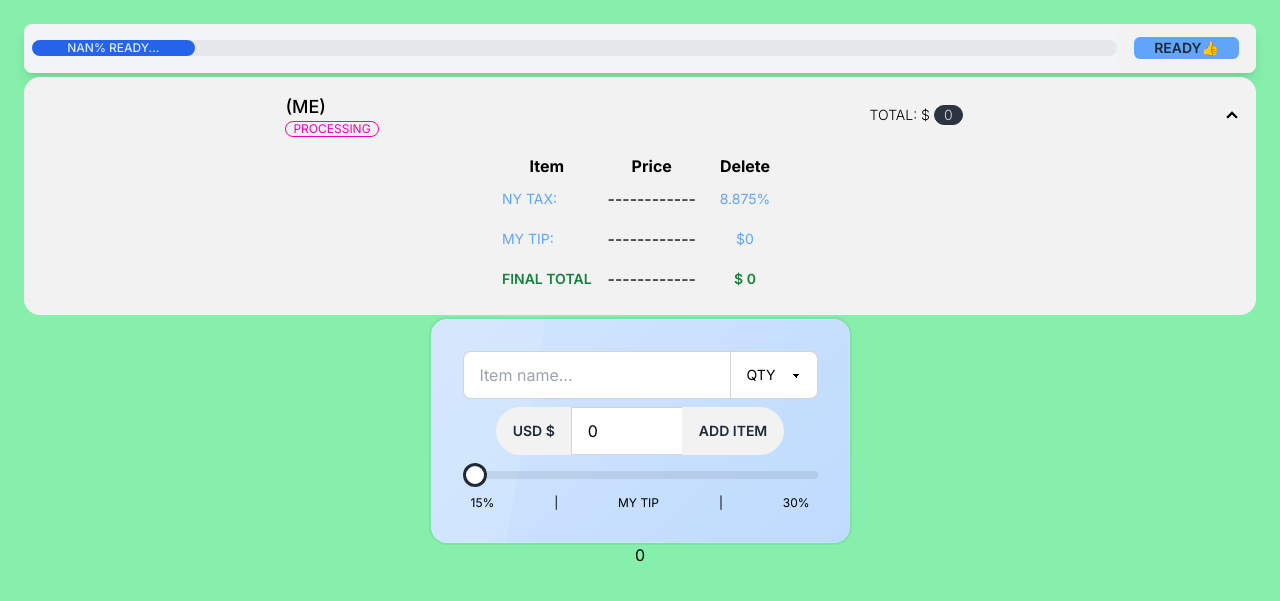
Repository: bitepay/bitepay-xyz
Page: /table
The author's editor kept a copy of each file at every save. The page is drawn from the files as they stood at one save, then again after the next save.
The browser window is 1280 px wide. The pictures show the whole page.
The page's requests for data from a server got no answer. The project was rebuilt for these pictures with package versions that can differ from the ones it lists, and the page was loaded fresh each time. The framework's server and built-in components were replaced by stand-ins that run in the browser. No one was signed in, and anything a server would have sent is missing. Also part of the build but not shown: next.config.js.

Above is the page before, as saved 2023-06-28 08:08:50.

### src/pages/_app.js
import '@/styles/globals.css';
import { UserSocketProvider } from '@/context/UserSocketContext';

export default function App({ Component, pageProps }) {
  return (
    <UserSocketProvider>
      <Component {...pageProps} />
    </UserSocketProvider>
  )
}

### src/pages/table.js

// import Image from 'next/image'
import Head from "next/head"
// import Link from "next/link"
import { Inter } from 'next/font/google'

import { useUserSocketContext } from '@/context/UserSocketContext'

import { AddItemInput } from '@/components/AddItemInput'
import { ProgressBar } from '@/components/ProgressBar'
import { UserBill } from '@/components/UserBill'
import { MembersBill } from '@/components/MembersBill'

const inter = Inter({ subsets: ['latin'] })

export default function Table() {

  const { socket, user, tableMembers, setUser } = useUserSocketContext();

  if (user.tableID !== 0) {
    socket.emit('joinTable', user)
  }

  const handleUserDelete = (user, payload) => {
    socket.emit('userDeleteItem', {user, payload})
  };

  const handleUserUpdate = (user, payload) => {
    socket.emit('userUpdate', {user, payload})
  };

  const userUpdateStatus = (user) => {
    if (user.status === 'PROCESSING') {
      socket.emit('userUpdateStatus', { ...user, status: 'READY' })
    } else {
      socket.emit('userUpdateStatus', { ...user, status: 'PROCESSING' })
    }
  }

  return (
    <>
      <Head>
        <title>BitePay - Table</title>
        <meta name="description" content="The fastest and easiest way to divvy up the dining bill between your friends."></meta>
      </Head>

      <main className={`flex min-h-screen flex-col items-center p-6 ${inter.className} bg-green-300`} >

        <ProgressBar user={user} tableMembers={tableMembers} userUpdateStatus={userUpdateStatus} />
        <UserBill user={user} handleUserDelete={handleUserDelete} />
        <AddItemInput user={user} handleUserUpdate={handleUserUpdate} setUser={setUser} />
        <MembersBill tableMembers={tableMembers} userId={user.id}/>

      </main>
    </>
  )
}

### src/context/UserSocketContext.js
'use client';
import React, { createContext, useEffect, useState, useContext } from 'react'
import { io } from 'socket.io-client'


// Create a new context
const UserSocketContext = createContext({});

// Custom context provider component
export const UserSocketProvider = ({ children }) => {

  const [socket, setSocket] = useState(null);

  const [user, setUser] = useState({
    id: '',
    username: '',
    tableID: 0,
    myItems: [],
    tip: 15,
    total: 0,
    status: 'PROCESSING',
  });

  const [tableMembers, setTableMembers] = useState([]);

  // Establish the Socket.IO connection when the component mounts
  useEffect(() => {

    const socket = io('https://bitepay.xyz');
    setSocket(socket);

    socket.on('connect', () => {
      console.log('Successfully connected to the ws server!')
    })

    // set user id to the websocket id
    socket.on('setId', (data) => setUser((prevUser) => {
      prevUser.id = data
      return prevUser;
    }));

    // listen to events from ws server regarding members of the table
    socket.on('tableMembers', (data) => setTableMembers((prevTableMembers) => { return [...data.slice()] }));

    // listen to events from ws server regarding updates to tableMembers
    socket.on('tableMemberUpdate', (data) => {

      if (data.id === user.id) {
        setUser((prevUser) => {
          prevUser.myItems = data.myItems;
          prevUser.tip = data.tip;
          prevUser.total = data.total;
          prevUser.status = data.status;
          return prevUser;
        })
      }

      setTableMembers((prevTableMembers) => {
        return prevTableMembers.map((member) => {
          if (member.id === data.id) {
            member.myItems = data.myItems
            member.tip = data.tip
            member.total = data.total
            member.status = data.status
            return member
          } else {
            return member
          }
        })
      })
    });

    // listen to events from ws server regarding members leaving the table
    socket.on('userLeft', (data) => {
      setTableMembers((prevTableMembers) => {
        return prevTableMembers.filter((member) => {
          return member.id !== data.id
        })
      })
    });

    socket.on('disconnect', () => {
      console.log('Disconnected from the ws server!');
    });

    // Clean up the socket connection when the component unmounts
    return () => {
      socket.off('connect');
      socket.off('setId');
      socket.off('tableMembers');
      socket.off('tableMemberUpdate');
      socket.off('userLeft');
      socket.disconnect();
    };
  }, [user.id]);

  // Provide the socket object to the child components
  return (
    <UserSocketContext.Provider value={{socket, user, setUser, tableMembers, setTableMembers}}>
      {children}
    </UserSocketContext.Provider>
  );
};

// Export the SocketContext
export default UserSocketContext;

// Export a custom hook that can be used to consume this context
export const useUserSocketContext = () => useContext(UserSocketContext);

### src/components/AddItemInput.jsx
import { useState, useEffect } from 'react';

export const AddItemInput = ({ handleUserUpdate, user, setUser }) => {
	const [itemName, setItemName] = useState('');
	const [itemPrice, setItemPrice] = useState(0);
	const [itemQuantity, setItemQuantity] = useState(0);

	const handleClick = (e) => {
			if (itemQuantity === 0) {
					alert("Don't forget to add quantity!");
			}
			else if (itemPrice <= 0) {
					alert("Please don't forget to add your item's price!");
			}
			else if (itemName != "" && itemPrice > 0 && itemQuantity > 0) {
					const itemID = Math.ceil(Math.random()*1000000000);
					const payload = {itemID, itemName, itemPrice, itemQuantity};
					handleUserUpdate(user, payload);
					setItemName('');
					setItemPrice(0);
			} else {
					alert("Please fill out all fields");
			}
	}

	const handleTipChange = (e) => {
		e.preventDefault();
		setUser({...user, tip: parseInt(e.target.value)})
	}

	return (
		<>
			<div className="card glass w-auto bg-blue-200">
				<div className="card-body">
					<div className="join mx-auto">

						<input className="input input-bordered join-item max-w-34" placeholder="Item name..." value={itemName} onChange={(e) => {setItemName(e.target.value)}}/>

						<select className="select select-bordered join-item" value={itemQuantity} onChange={(e) => setItemQuantity(e.target.value)}>
							<option disabled value={0}>QTY</option>
							<option value={1/4}>
									1/4
							</option>
							<option value={1/3}>
									1/3
							</option>
							<option value={1/2}>
									1/2
							</option>
							<option value={1}>
									1
							</option>
							<option value={2}>
									2
							</option>
							<option value={3}>
									3
							</option>
							<option value={4}>
									4
							</option>
						</select>

					</div>
					<div className="mx-auto">
						<div className="join">
							<button className="btn join-item rounded-l-full">USD $</button>
							<input className="input input-bordered join-item w-28" placeholder="Price" type="number" value={itemPrice} onChange={(e) => {setItemPrice(e.target.value)}}/>
							<button className="btn join-item rounded-r-full" disabled={user.status === 'READY'} onClick={(e) => handleClick(e)}>ADD ITEM</button>
						</div>
					</div>
						<input type="range" className="range" min={15} max={30} value={user.tip} step={1} onChange={(e) => handleTipChange(e)} disabled={user.status === 'READY'} />
						<div className="w-full flex justify-between text-xs px-2">
							<span>15%</span>
							<span>|</span>
							<span>MY TIP</span>
							<span>|</span>
							<span>30%</span>
						</div>
				</div>
			</div>
		</>
	)
};

### src/components/ProgressBar.jsx
import { useState, useEffect } from 'react';

export const ProgressBar = ({ tableMembers, user, userUpdateStatus }) => {

  const [progress, setProgress] = useState(0);

  useEffect(() => {
    const completed = tableMembers.filter((member) => member.status === 'READY');
    const progress = Math.round(100 * ((completed.length / tableMembers.length) * 100)) / 100;
    setProgress(progress);

    console.log(`Re-render triggered from tableMember update in ProgressBar. Progress is now ${progress}%`)
  }, [tableMembers])

  const progressBar = (progress) => {
    if (progress === 100) {
      return (
          <div className="w-full bg-gray-200 rounded-full dark:bg-gray-700">
            <div className="bg-green-600 text-xs font-medium text-green-100 text-center p-0.5 leading-none rounded-full" style={{width: `${progress}%`}}> {progress}% COMPLETE! </div>
          </div>
      )
    } else {
      return (
        <div className="w-full bg-gray-200 rounded-full dark:bg-gray-700">
            <div className="bg-blue-600 text-xs font-medium text-blue-100 text-center p-0.5 leading-none rounded-full" style={{width: `${progress < 15 ? 15 : progress}%`}}> {progress}% READY... </div>
          </div>
      )
    }
  }

  const handleChange = () => {
    userUpdateStatus(user)
  }

  const toggleStatusButton = (status) => {
    return (
      <label className="btn swap swap-rotate">

        {/* this hidden checkbox controls the state */}
        <input type="checkbox" onChange={() => handleChange()} checked={user.status === 'READY'}/>

        {/* ready icon */}

        <div class="swap-on bg-red-400 p-1 rounded-md">Make changes</div>
        <div class="swap-off bg-blue-400 p-1 rounded-md">Ready👍</div>

        {/* not ready icon */}


      </label>
    )

  }



  return (

      <div className="w-full flex items-center justify-between mb-.5 mx-auto pl-2 overflow-hidden rounded-lg shadow-lg bg-gray-100 uppercase border-b border-gray-100">
          {progressBar(progress)}
        <div id="final-bill-button">
          {toggleStatusButton(user.status)}
        </div>
      </div>

  )
}

### src/components/UserBill.jsx
export const UserBill = ({ user, handleUserDelete }) => {

  const UserItem = (item) => {
    const { itemID, itemName, itemPrice, itemQuantity } = item

    return (
      <tr key={`user-item-${itemID}`}>
				<td className="px-4">{`${itemName} ${itemQuantity !== '1' ? `x ${Math.round((100 * itemQuantity)) / 100}` : ''}`}</td>
				<td className="px-4">{itemPrice}</td>
				{/* This is where we need to add the delete button for User delete feature */}
				<td className="px-4">
          <button className="btn btn-circle btn-error" onClick={() => handleUserDelete(user, item)} disabled={user.status === 'READY'}>
          <svg xmlns="http://www.w3.org/2000/svg" class="h-6 w-6" fill="none" viewBox="0 0 24 24" stroke="currentColor"><path stroke-linecap="round" stroke-linejoin="round" stroke-width="2" d="M6 18L18 6M6 6l12 12" /></svg>
          </button>
        </td>
			</tr>
    )
  }

  return (
    <div className="collapse collapse-arrow bg-base-200 m-1">
      <input type="radio" name="my-accordion-2" defaultChecked="true"/>
      <div className="collapse-title">
        {/* This is where we need to render name, status, and total */}
        <div className="flex justify-around">
          <div className="flex flex-col">
            <div className="text-lg font-medium">
              {user.username} (ME)
            </div>
            <div className={`badge badge-sm text-xs ${user.status === 'READY' ? 'badge-accent' : 'badge-secondary badge-outline'}`}>
              {user.status === 'READY' ? 'READY' : 'PROCESSING'}
            </div>
          </div>
          <div className="text-sm font-light my-auto">
            TOTAL{': $ '}
            <div className={`badge ${user.status === 'READY' ? 'badge-primary' : 'badge-neutral'}`}>
              {Math.round(100 * ((((1+(user.tip / 100))) * user.total) + (user.total * .08875))) / 100}
            </div>
          </div>

        </div>
      </div>
      <div className="collapse-content">
        {/* This is where I need to map through user items */}
        <table className="table-auto mx-auto text-center">
          <thead>
            <tr>
              <th className="px-4">Item</th>
              <th className="px-4">Price</th>
              <th className="px-4">Delete</th>
            </tr>
          </thead>
          <tbody>
            {user.myItems.map((item) => UserItem(item))}
            <tr>
              <td className="p-2 whitespace-nowrap">
                <div className="text-left text-sm text-blue-400">NY TAX:</div>
              </td>
              <td className="p-2 whitespace-nowrap">
                <div className="text-center">------------</div>
              </td>
              <td className="p-2 whitespace-nowrap">
                <div className="text-sm text-center  text-blue-400">8.875%</div>
              </td>
            </tr>
            <tr>
              <td className="p-2 whitespace-nowrap">
                <div className="text-left text-sm text-blue-400">MY TIP:</div>
              </td>
              <td className="p-2 whitespace-nowrap">
                <div className="text-center">------------</div>
              </td>
              <td className="p-2 whitespace-nowrap">
                <div className="text-sm text-center  text-blue-400">${Math.round(100 * ((1 + (user.tip / 100)) * user.total )) / 100}</div>
              </td>
            </tr>
            <tr>
              <td className="p-2 whitespace-nowrap">
                <div className="text-left text-sm text-green-700 font-semibold">FINAL TOTAL</div>
              </td>
              <td className="p-2 whitespace-nowrap">
                <div className="text-center">------------</div>
              </td>
              <td className="p-2 whitespace-nowrap">
                <div className="text-sm text-center  text-green-700 font-semibold">$ {
                Math.round(100 * ((((1+(user.tip / 100))) * user.total) + (user.total * .08875))) / 100
                }</div>
              </td>
            </tr>
          </tbody>
        </table>
      </div>
    </div>
  )
}

### src/components/MembersBill.jsx
export const MembersBill = ({ tableMembers, userId }) => {

  const MemberItem = (item) => {
    const { itemID, itemName, itemPrice, itemQuantity } = item

    return (
      <tr key={`member-item-${itemID}`}>
        <td className="px-5">{itemName}</td>
        <td className="px-5">{itemQuantity}</td>
        <td className="px-5">{itemPrice}</td>
        <td className="px-5">{' '}</td>
      </tr>
    )
  }

  return (
    <>
      {tableMembers.length && tableMembers.map((member) => {
        if (member.id !== userId) {
          return (
            <div key={`${member.id}-list-items`} className="collapse collapse-arrow bg-base-200 m-1">
              <input type="radio" name="my-accordion-2"/>
              <div className="collapse-title text-xl font-medium">
                {/* This is where we need to render name, status, and total */}
                {member.username}
              </div>
              <div className="collapse-content">
              <table className="table-auto mx-auto">
                <thead>
                  <tr>
                    <th className="px-5">Item</th>
                    <th className="px-5">Quantity</th>
                    <th className="px-5">Price</th>
                    <th className="px-5"></th>
                  </tr>
                </thead>
                <tbody>
                  {member.myItems?.length ? member.myItems.map((item) => MemberItem(item)) : <tr key="user-no-items"><td>No items yet</td></tr>}
                </tbody>
                </table>
              </div>
            </div>
          )
        }
      })}
    </>
  )
};

### tailwind.config.js
/** @type {import('tailwindcss').Config} */
module.exports = {
  content: [
    './src/pages/**/*.{js,ts,jsx,tsx,mdx}',
    './src/components/**/*.{js,ts,jsx,tsx,mdx}',
    './src/app/**/*.{js,ts,jsx,tsx,mdx}',
  ],
  theme: {
    extend: {
      backgroundImage: {
        'gradient-radial': 'radial-gradient(var(--tw-gradient-stops))',
        'gradient-conic':
          'conic-gradient(from 180deg at 50% 50%, var(--tw-gradient-stops))',
      },
    },
  },
  daisyui: {
    themes: [
      "light",
      "dark"
    ],
  },
  plugins: [require("daisyui")],
}

Loaded but not shown: src/pages/_document.js (common file); src/styles/globals.css (common file)

After the next save:
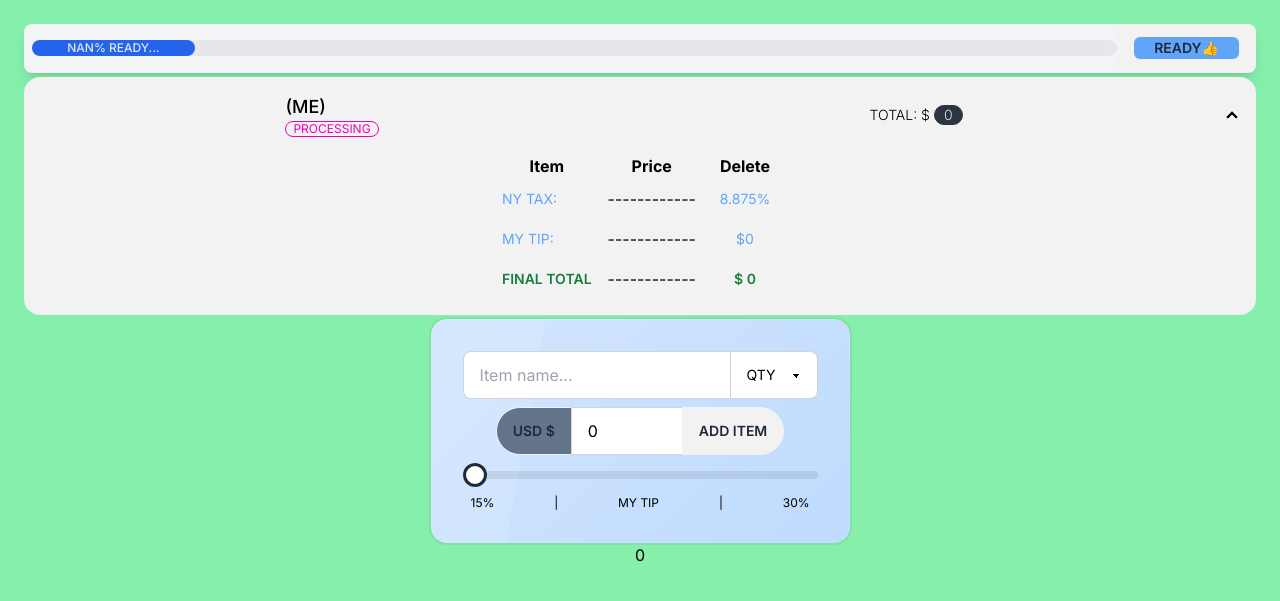
Saved 15 s later.
--- a/src/components/AddItemInput.jsx
+++ b/src/components/AddItemInput.jsx
@@ -64,7 +64,7 @@ export const AddItemInput = ({ handleUserUpdate, user, setUser }) => {
 					</div>
 					<div className="mx-auto">
 						<div className="join">
-							<button className="btn join-item rounded-l-full">USD $</button>
+							<button className="btn join-item rounded-l-full bg-slate-500">USD $</button>
 							<input className="input input-bordered join-item w-28" placeholder="Price" type="number" value={itemPrice} onChange={(e) => {setItemPrice(e.target.value)}}/>
 							<button className="btn join-item rounded-r-full" disabled={user.status === 'READY'} onClick={(e) => handleClick(e)}>ADD ITEM</button>
 						</div>
